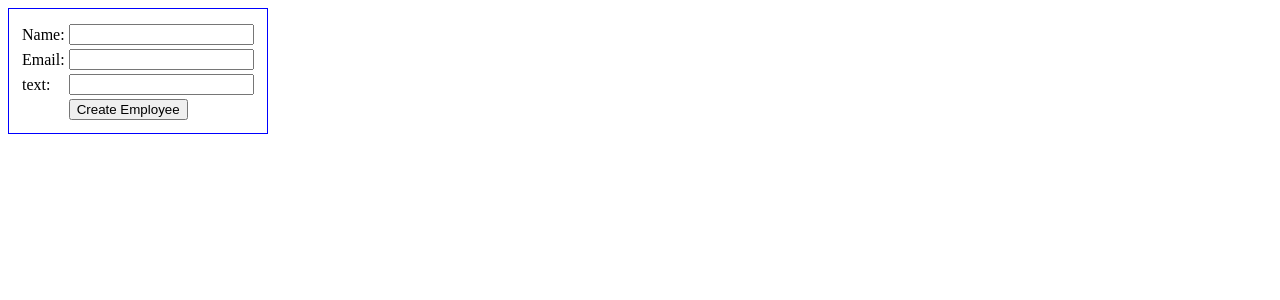
Repository: anitatripuraneni/SpringWeb
Page: http://localhost/SpringWeb/jsp/createemployee.jsp
An editor plug-in stored every save of this project. The page is shown before and after the next save, followed by the edit.
The browser window is 1280 px wide. The pictures show the whole page.
The page is served by Tomcat 9. Nobody is signed in. The application's start-up code is not run. Other server files are loaded and not shown.

Above is the page before, as saved 2017-03-22 10:32:22.

### SpringWeb/WebContent/jsp/createemployee.jsp
<%@ page language="java" contentType="text/html; charset=ISO-8859-1"
    pageEncoding="ISO-8859-1"%>
<!DOCTYPE html PUBLIC "-//W3C//DTD HTML 4.01 Transitional//EN" "http://www.w3.org/TR/html4/loose.dtd">
<html>
<head>
<style type="text/css">
.formtable{
padding: 10px;
border: 1px solid blue;
}
input[type-text] {
	width: 100px;
}
</style>
<meta http-equiv="Content-Type" content="text/html; charset=ISO-8859-1">
<title>Create Employee</title>
</head>
<body>
<form method="post" action="${pageContext.request.contextPath}/docreate">
<table class="formtable">
<tr>
<tr><td>Name:</td><td><input name="name" type="text"></td></tr>
<tr><td>Email:</td><td><input name="email" type="text"></td></tr>
<tr><td>text:</td><td><input name="text" type="text"></td></tr>
<tr><td>  </td><td><input value="Create Employee" type="submit" ></td></tr>

</table>
</form>
</body>
</html>

After the next save:
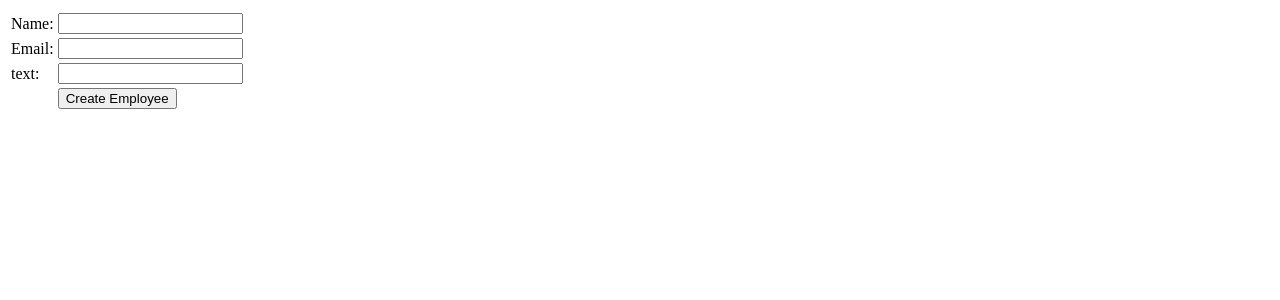
Saved 3 s later.
--- a/SpringWeb/WebContent/jsp/createemployee.jsp
+++ b/SpringWeb/WebContent/jsp/createemployee.jsp
@@ -4,13 +4,7 @@
 <html>
 <head>
 <style type="text/css">
-.formtable{
-padding: 10px;
-border: 1px solid blue;
-}
-input[type-text] {
-	width: 100px;
-}
+
 </style>
 <meta http-equiv="Content-Type" content="text/html; charset=ISO-8859-1">
 <title>Create Employee</title>
